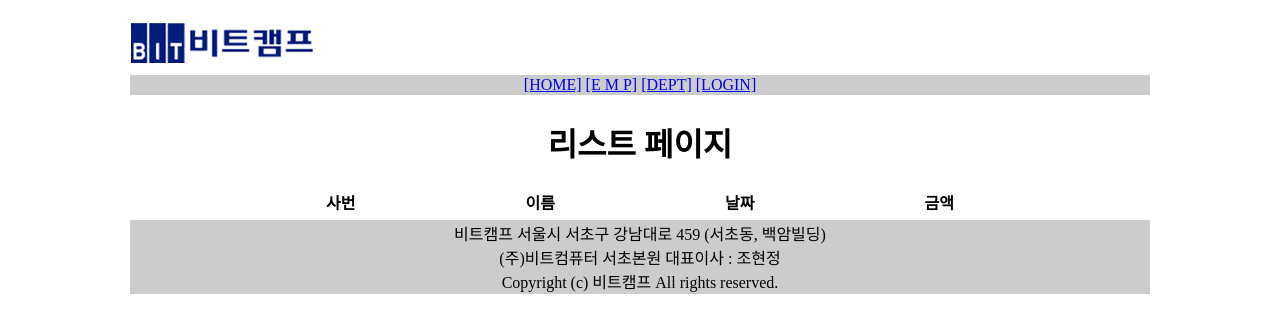
Repository: Deepsky110/LectureNotes
Page: http://localhost/web08/emp/add.jsp
An editor plug-in stored every save of this project. The page is shown before and after the next save, followed by the edit.
The browser window is 1280 px wide. The pictures show the whole page.
The page is served by Tomcat 9. Queries for data that is not in the repository find no rows.

Above is the page before, as saved 2020-07-07 02:19:21.

After the next save:
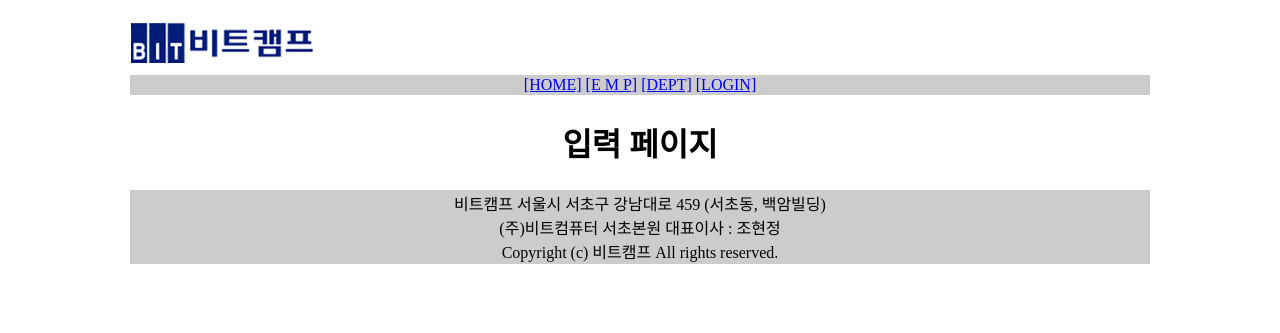
Saved 21 min 37 s later.
--- a/web08/WebContent/emp/add.jsp
+++ b/web08/WebContent/emp/add.jsp
@@ -28,30 +28,8 @@
 			<td>
 				<!-- content start -->
 				<center>
-				<h1>리스트 페이지</h1>
-				<table width="800">
-					<tr>
-						<th>사번</th>
-						<th>이름</th>
-						<th>날짜</th>
-						<th>금액</th>
-					</tr>
-					<%
-					ArrayList<EmpDto> list = EmpCRUD.list();
+				<h1>입력 페이지</h1>
 
-					for(int i=0; i<list.size(); i++){
-						EmpDto bean = list.get(i);
-					%>
-					<tr>
-						<td><%=bean.getSabun() %></td>
-						<td><%=bean.getName() %></td>
-						<td><%=bean.getNalja() %></td>
-						<td><%=bean.getPay() %></td>
-					</tr>
-					<%
-					}
-					%>
-				</table>
 				</center>
 				<!-- content end -->
 			</td>
